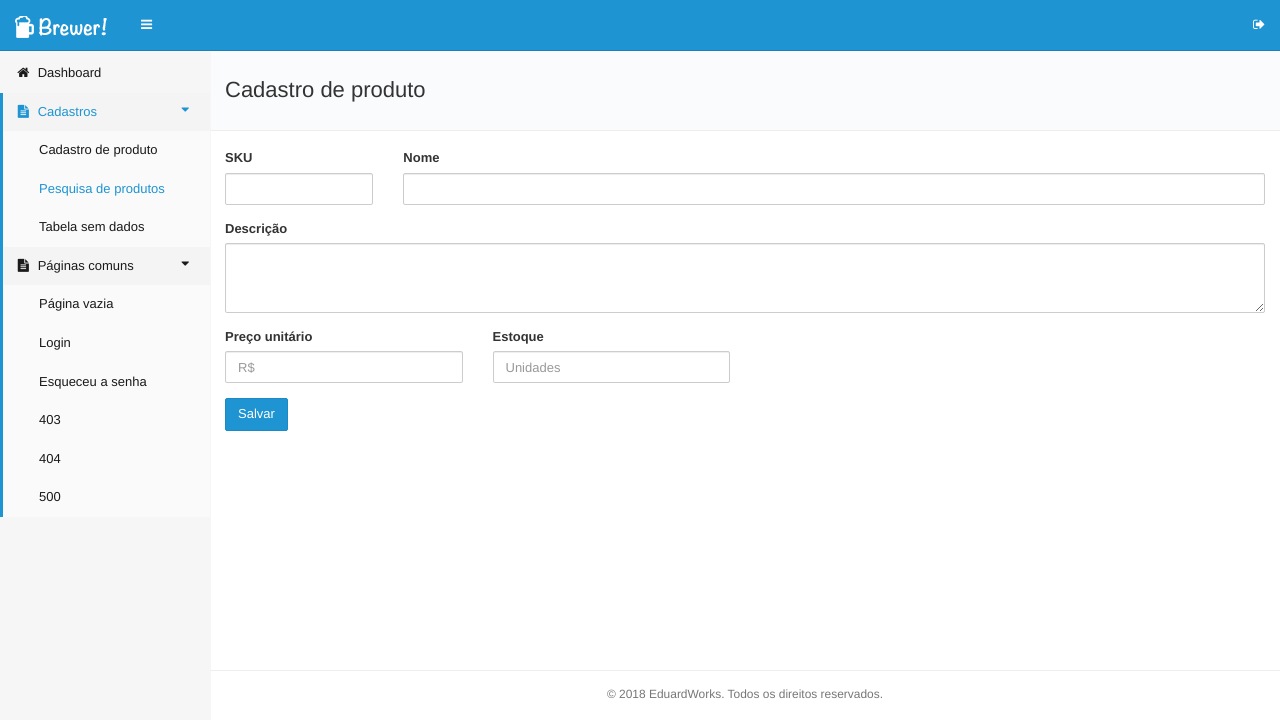
Repository: dumuller/spring-expert
Page: http://localhost/cerveja/CadastroCerveja
These files come from the project's save history. The page is drawn as it stood at one moment and after the next save; the edit follows.
The browser window is 1280 px wide. The pictures show the whole page.
The page is this project's Thymeleaf template; nobody is signed in. The template is opened directly, without the code that normally fills it, so the values that code supplies are empty.

Above is the page before, as saved 2018-12-10 16:29:10.

After the next save:
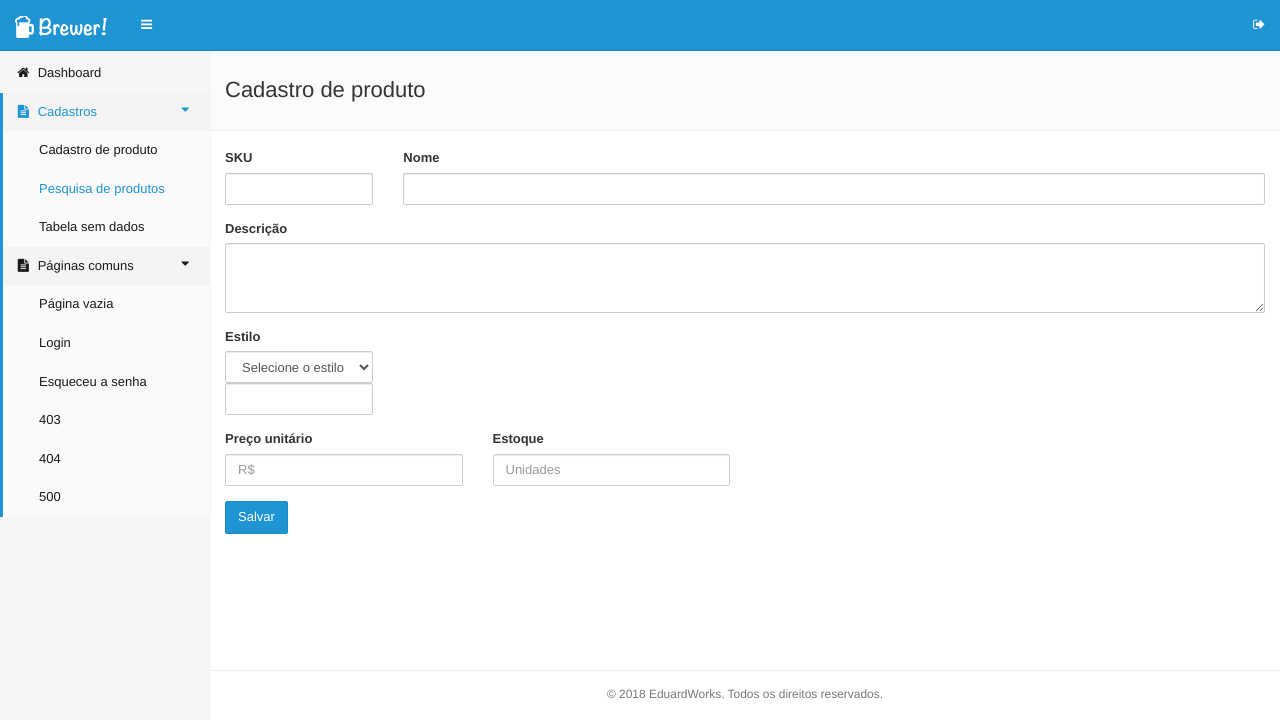
Saved 5 min 11 s later.
--- a/brewer/src/main/resources/templates/cerveja/CadastroCerveja.html
+++ b/brewer/src/main/resources/templates/cerveja/CadastroCerveja.html
@@ -132,6 +132,20 @@
 				</div>
 
 				<div class="row">
+						<div class="col-sm-2 form-group">
+							<label for="estilo">Estilo</label>
+							<select id="estilo" class="form-control"/>
+								<option value="">Selecione o estilo</option>
+						</div>
+
+						<div class="col-sm-10 form-group">
+							<label for="nome">Nome</label>
+							<input id="nome" type="text" class="form-control"></input>
+						</div>
+
+				</div>
+
+				<div class="row">
 					<div class="col-sm-3">
 						<div class="form-group">
 							<label for="input-produto-preco">Preço unitário</label>
